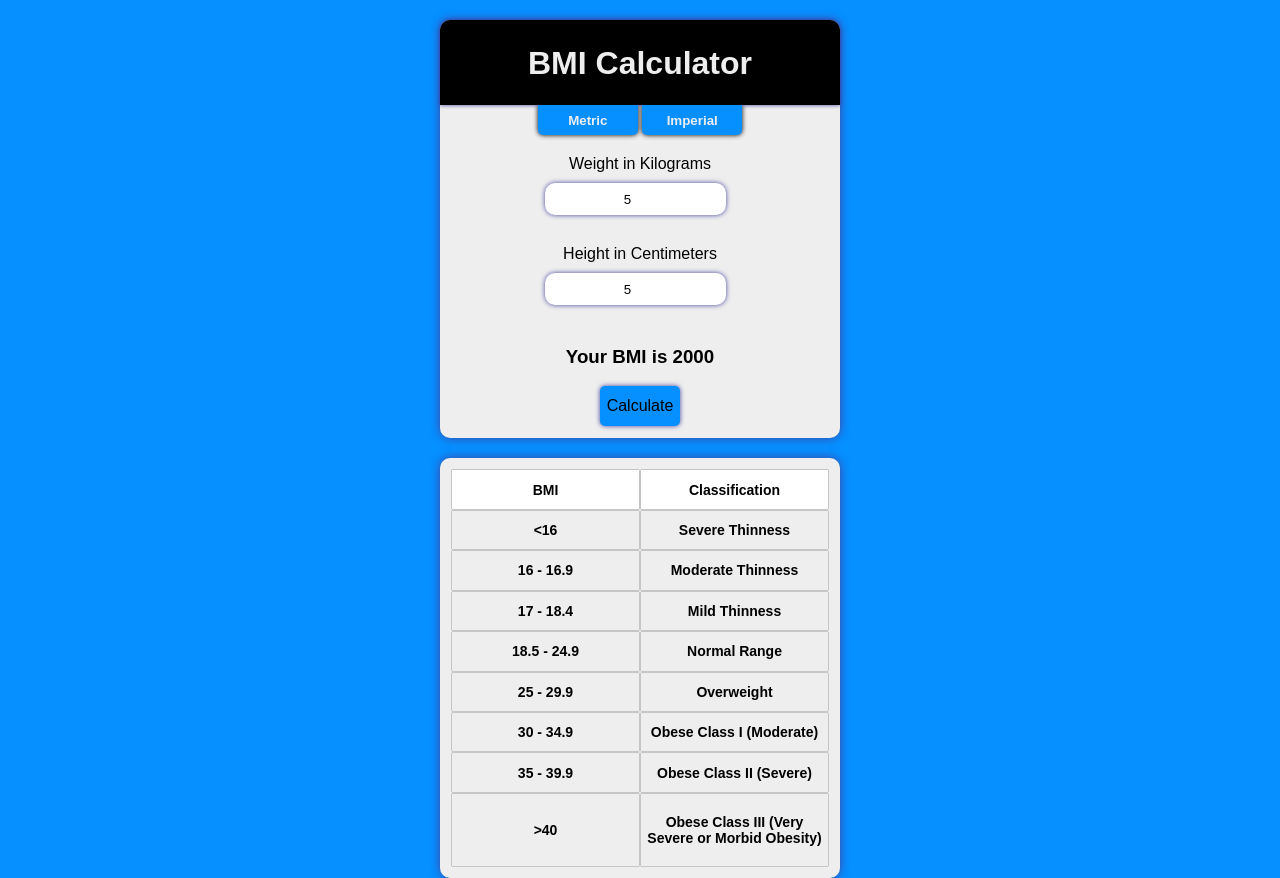
Repository: shayanabedi98/bmi-calculator
Page: index.html
An editor plug-in stored every save of this project. The page is shown before and after the next save, followed by the edit.
The browser window is 1280 px wide. The pictures show the whole page.
Empty fields were first filled with sample values (such as "Sample", 5 or name@example.com).
After loading, the first visible `button.calculate` was clicked once.

Above is the page before, as saved 2023-07-24 21:04:44.

### index.html
<!DOCTYPE html>
<html lang="en">
<head>
    <meta charset="UTF-8">
    <meta name="viewport" content="width=device-width, initial-scale=1.0">
    <title>BMI Calculator</title>
    <link rel="stylesheet" href="styles.css">
</head>
<body>
    <div class="container">
        <div class="card">
            <div class="system">
                <h1>BMI Calculator</h1>
                <button id="metric">Metric</button>
                <button id="imperial">Imperial</button>
            </div>
            <div class="metric">
                <div class="weight">
                    <label class="weight" for="weight">Weight in Kilograms</label>
                    <input type="number" placeholder="Enter Weight" id="kg">
                </div>
                <div class="height">
                    <label class="height" for="height">Height in Centimeters</label>
                    <input type="number" placeholder="Enter Height" id="cm">
                </div>
            </div>
            <div class="imperial">
                <div class="weight">
                    <label class="weight" for="weight"> Weight in Pounds</label>
                    <input type="number" id="lbs" placeholder="Enter Weight">
                </div>
                <div class="height">
                    <label class="height" for="height">Height in Feet</label>
                    <input type="number" placeholder="Enter Feet" id="ft">
                    <input type="number" placeholder="Enter Inches" id="in">
                </div>
            </div>
            <div class="result">
                <h3>Press Button to Calculate BMI</h3>
                <button onclick="calc()" class="calculate">Calculate</button>
            </div>
        </div>
        <div class="card chart">
            <div class="bmi-chart">
                <table bgcolor=''>
                    <tr bgcolor="#ffffff" align="center">
                        <th width="100">BMI</th>
                        <th width="100">Classification</th>
                    </tr>
                    <tr bgcolor="EEEEEE">
                        <th>&lt;16</th>
                        <th>Severe Thinness</th>
                    </tr>
                    <tr bgcolor="EEEEEE">
                        <th>16 - 16.9</th>
                        <th>Moderate Thinness</th>
                    </tr>
                    <tr bgcolor="EEEEEE">
                        <th>17 - 18.4</th>
                        <th>Mild Thinness</th>
                    </tr>
                    <tr bgcolor="EEEEEE">
                        <th>18.5 - 24.9</th>
                        <th>Normal Range</th>
                    </tr>
                    <tr bgcolor="EEEEEE">
                        <th>25 - 29.9</th>
                        <th>Overweight</th>
                    </tr>
                    <tr bgcolor="EEEEEE">
                        <th>30 - 34.9</th>
                        <th>Obese Class I (Moderate)</th>
                    </tr>
                    <tr bgcolor="EEEEEE">
                        <th>35 - 39.9</th>
                        <th>Obese Class II (Severe)</th>
                    </tr>
                    <tr bgcolor="EEEEEE">
                        <th>&gt;40</th>
                        <th>Obese Class III (Very Severe or Morbid Obesity)</th>
                    </tr>
                </table>
            </div>
        </div>
    </div>
    <script src="index.js"></script>
</body>
</html>

### styles.css

body {
    background-color: #068FFF;
    font-family: sans-serif;
    text-align: center;
    padding: 0;
    margin: 0;
}

h1 {
    margin-top: 0;
    margin-bottom: 0;
    background-color: #000000;
    color: #EEEEEE;
    border-radius: 10px 10px 0 0;
    height: 60px;
    padding-top: 25px;
    box-shadow: 0 0 4px 0 #4141a0;
}

h2 {
    margin-top: 0;
    margin-bottom: 10px;
}

.container {
    display: inline-block;
}

.card {
    background-color: #EEEEEE;
    width: 400px;
    border-radius: 10px;
    margin-left: auto;
    margin-top: 5%;
    box-shadow: 0 0 10px 0 #4141a0;
}

.chart {
    padding: 10px;
    width: 380px;
}

table {
    width: 100%;
    height: 400px;
    font-size: 14px;
}

th {
    box-shadow: 0 0 1px 0 black;
}

.system button {
    background-color: #068FFF;
    color: #EEEEEE;
    font-weight: 600;
    width: 100px;
    height: 30px;
    cursor: pointer;
    border-radius: 0 0 5px 5px;
    border: none;
    box-shadow: 0 0 5px black;
}

.system button:active {
    background-color: #EEEEEE;
    color: #068FFF;
}

.weight {
    display: block;
    text-align: start;
    padding: 10px;
    text-align: center;
}

.height {
    display: block;
    text-align: start;
    padding: 10px;
    text-align: center;
}

#in {
    margin-top: 15px;
}

input[type='number'] {
    display: inline-block;
    text-align: center;
    margin-right: 10px;
    height: 30px;
    border-radius: 10px;
    border: none;
    box-shadow: 0 0 5px 0 #4141a0;
}

.metric {
    visibility: visible;
    height: 100%;
}

.imperial {
    visibility: hidden;
    height: 0;
}

.result {
    padding: 3%;
}

.result button {
    background-color: #068FFF;
    height: 40px;
    width: 80px;
    border-radius: 5px;
    border: none;
    box-shadow: 0 0 5px 0 #4141a0;
    cursor: pointer;
    font-size: 16px;
}

.result button:active {
    background-color: #EEEEEE;
    color: #068FFF;
}

### index.js
var metric = document.querySelector('.metric');
var imperial = document.querySelector('.imperial');
var metricBtn = document.querySelector('#metric');
var imperialBtn = document.querySelector('#imperial');

imperialBtn.addEventListener('click', function() {
    metric.style.visibility = 'hidden';
    metric.style.height = '0';
    imperial.style.visibility = 'visible';
    imperial.style.height = '100%';
});

metricBtn.addEventListener('click', function() {
    imperial.style.visibility = 'hidden';
    imperial.style.height = '0';
    metric.style.visibility = 'visible';
    metric.style.height = '100%';
});


function calc(func) {
    var kg = document.querySelector('#kg').value;
    var cm = document.querySelector('#cm').value;
    var lbs = document.querySelector('#lbs').value;
    var ft = document.querySelector('#ft').value;
    var inch = document.querySelector('#in').value;


    var lbs2kg = lbs * 0.453
    var ft2m = ((ft * inch) * 2.54) / 100
    var cm2m = cm / 100;

    var resultImperial = lbs2kg / (ft2m * ft2m)
    var resultMetric = Math.round(kg / (cm2m * cm2m));

    if (!resultMetric) {
        document.querySelector('.result h3').innerHTML = 'Wrong Input. Try Again.'
    } else if (resultMetric) {
        document.querySelector('.result h3').innerHTML = 'Your BMI is ' + resultMetric;
    };

}

After the next save:
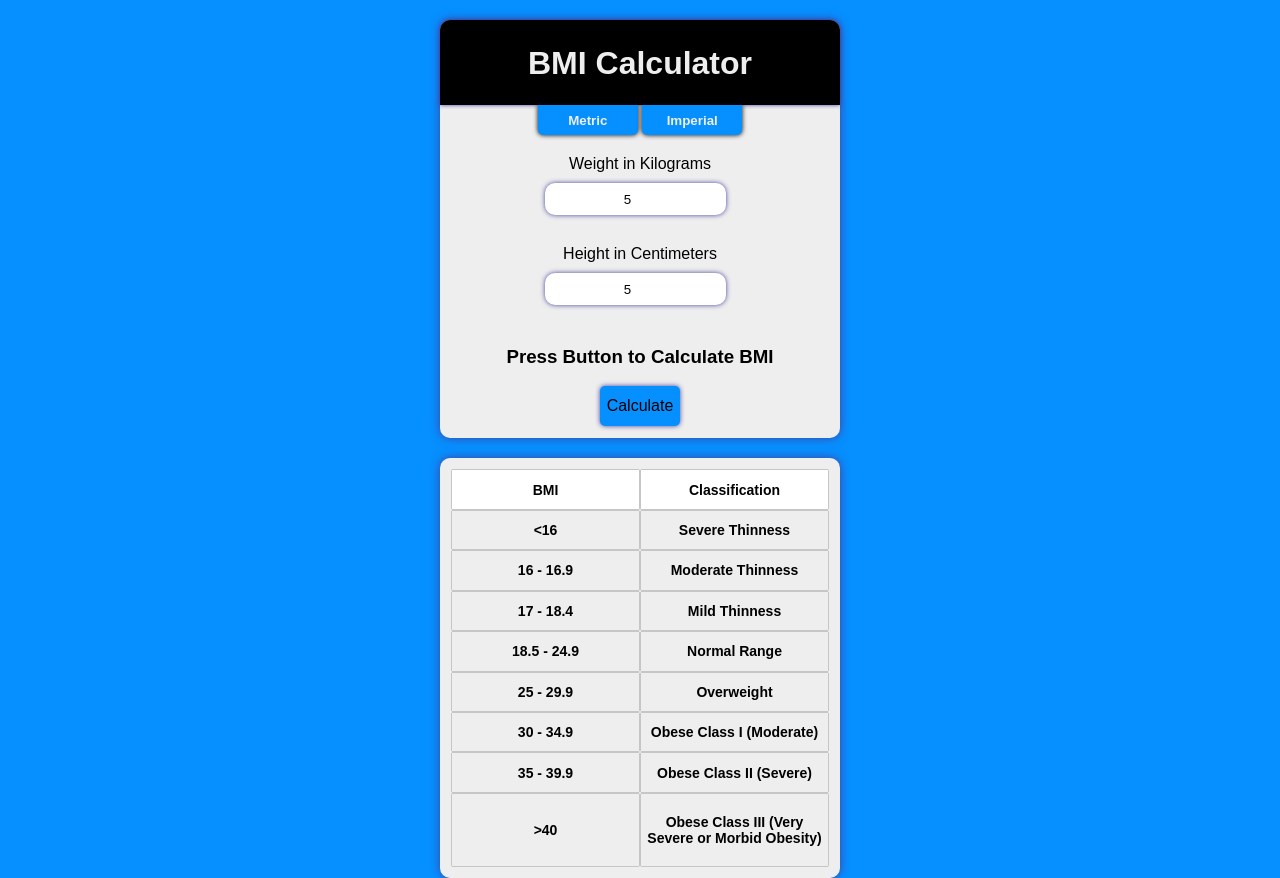
Console error: SyntaxError: Unexpected end of input
Saved 76 s later.
--- a/index.js
+++ b/index.js
@@ -33,10 +33,13 @@
     var resultImperial = lbs2kg / (ft2m * ft2m)
     var resultMetric = Math.round(kg / (cm2m * cm2m));
 
-    if (!resultMetric) {
-        document.querySelector('.result h3').innerHTML = 'Wrong Input. Try Again.'
-    } else if (resultMetric) {
+
+    if (resultMetric) {
         document.querySelector('.result h3').innerHTML = 'Your BMI is ' + resultMetric;
-    };
+    } else if (resultImperial) {
+        document.querySelector('.result h3').innerHTML = 'You111r BMI is ' + resultMetric;
+    }
+}
 
-}
+if (!resultMetric) {
+    document.querySelector('.result h3').innerHTML = 'Wrong Input. Try Again.'

After the save that followed:
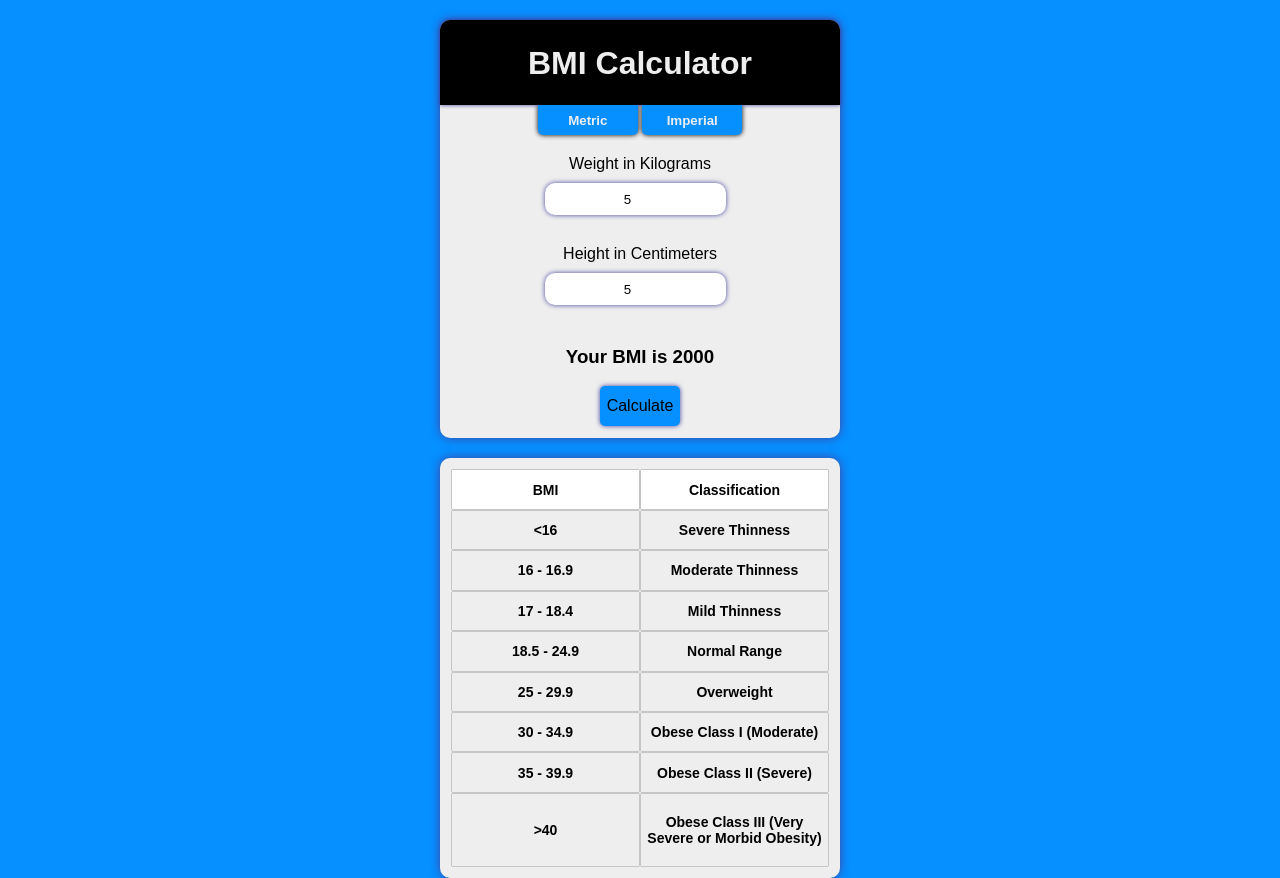
The error is gone.
Saved 23 s later.
--- a/index.js
+++ b/index.js
@@ -38,8 +38,7 @@
         document.querySelector('.result h3').innerHTML = 'Your BMI is ' + resultMetric;
     } else if (resultImperial) {
         document.querySelector('.result h3').innerHTML = 'You111r BMI is ' + resultMetric;
+    } else {
+        document.querySelector('.result h3').innerHTML = 'Wrong Input. Try Again.'
     }
 }
-
-if (!resultMetric) {
-    document.querySelector('.result h3').innerHTML = 'Wrong Input. Try Again.'
